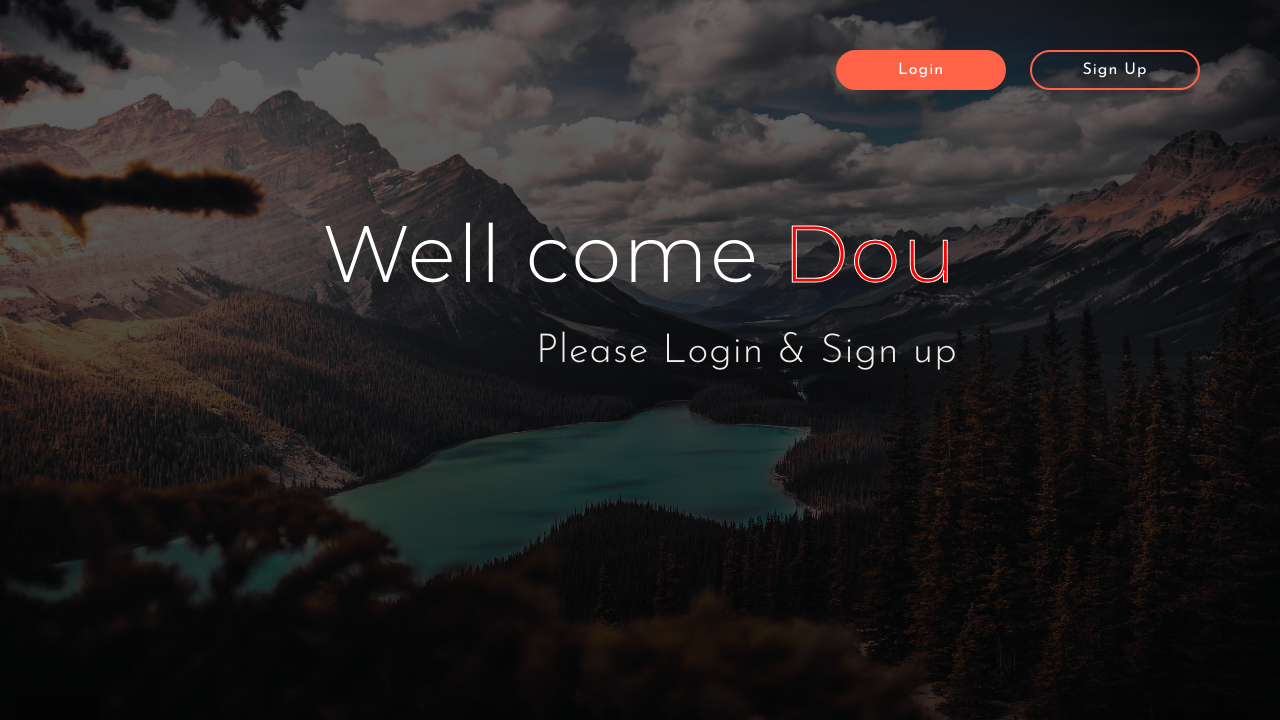
Repository: motamedipour2022/javascript_project
Page: model_form1/index.html
The author's editor kept a copy of each file at every save. The page is drawn from the files as they stood at one save, then again after the next save.
The browser window is 1280 px wide. The pictures show the whole page.
Some web libraries are served in a nearby version.

Above is the page before, as saved 2022-12-20 12:28:00.

### model_form1/index.html
<!DOCTYPE html>
<html lang="en">
  <head>
    <meta charset="UTF-8" />
    <meta name="viewport" content="width=device-width, initial-scale=1.0" />
    <meta http-equiv="X-UA-Compatible" content="ie=edge" />
    <link
      rel="stylesheet"
      href="https://use.fontawesome.com/releases/v5.8.1/css/all.css"
      integrity="sha384-50oBUHEmvpQ+1lW4y57PTFmhCaXp0ML5d60M1M7uH2+nqUivzIebhndOJK28anvf"
      crossorigin="anonymous"
    />
    <link
      href="https://fonts.googleapis.com/css?family=Josefin+Sans:300,400,600|Montserrat:300,400,600"
      rel="stylesheet"
    />
    <link rel="stylesheet" href="style.css" />
    <title>Form</title>
  </head>
  <body>
    <div class="container">
      <div class="banner-text">
        <h1>Well come <span>Dou</span></h1>
        <p>Please Login & Sign up</p>
      </div>
      <div class="btns">
        <button class="btn login-btn">Login</button>
        <button class="btn signup-btn">Sign Up</button>
      </div>
      <div class="form-container">
        <div class="signup-form-wrapper modal">
          <div class="x-btn signup-x">
            &times;
          </div>
          <div class="form-header">
            <h1>CodeAndCreate</h1>
            <h3>Join Us</h3>
          </div>
          <form class="form">
            <div class="input-group">
              <i class="fas fa-user"></i>
              <input type="text" placeholder="Username" />
            </div>
            <div class="input-group">
              <i class="far fa-envelope"></i>
              <input type="email" placeholder="Email" />
            </div>
            <div class="input-group">
              <i class="fas fa-key"></i>
              <input type="password" placeholder="Password" />
            </div>
            <button type="button">Sign Up</button>
          </form>
        </div>
        <div class="login-form-wrapper modal">
          <div class="x-btn login-x">
            &times;
          </div>
          <div class="form-header">
            <h1>CodeAndCreate</h1>
            <h3>Login</h3>
          </div>
          <form class="form">
            <div class="input-group">
              <i class="fas fa-user"></i>
              <input type="text" placeholder="Username" />
            </div>
            <div class="input-group">
              <i class="fas fa-key"></i>
              <input type="password" placeholder="Password" />
            </div>
            <button type="button">Login</button>
          </form>
        </div>
      </div>
    </div>
    <script src="script.js"></script>
  </body>
</html>

### model_form1/style.css
* {
  margin: 0;
  padding: 0;
}

.container {
  width: 100%;
  height: 100vh;
  background: linear-gradient(rgba(0, 0, 0, 0.6), rgba(0, 0, 0, 0.8)),
    url(images/bg.jpg) center no-repeat;
  background-size: cover;
}

.banner-text {
  position: absolute;
  top: 40%;
  left: 50%;
  transform: translate(-50%, -50%);
}

.banner-text h1 {
  color: #fff;
  font-family: "Montserrat", sans-serif;
  font-size: 80px;
  font-weight: 300;
  letter-spacing: 2px;
  margin-bottom: 30px;
}
.banner-text h1 span{
  color: red;
  font-weight: ;
  -webkit-text-stroke: 1px white;
}
.banner-text p {
  color: #eee;
  font-family: "Josefin sans", sans-serif;
  font-size: 40px;
  font-weight: 300;
  letter-spacing: 1px;
  text-align: right;
}

.btns {
  position: absolute;
  top: 50px;
  right: 60px;
}

.btn {
  width: 170px;
  padding: 10px 15px;
  margin-right: 20px;
  border-radius: 50px;
  font-family: "Josefin Sans", sans-serif;
  font-size: 16px;
  letter-spacing: 1px;
  outline: none;
  cursor: pointer;
  color: #fff;
  border: 2px solid tomato;
  transition: transform 0.3s;
}

.login-btn {
  background-color: tomato;
}

.signup-btn {
  background-color: transparent;
}

.btn:hover {
  transform: translateY(-2px);
}

.btn:active {
  transform: translateY(0);
}

.form-container {
  position: fixed;
  background-color: rgba(0, 0, 0, 0.7);
  top: 0;
  right: 0;
  bottom: 0;
  left: 0;
  opacity: 0;
  visibility: hidden;
  transition: all 0.5s;
}

.disable {
  opacity: 1;
  visibility: visible;
}

.modal {
  width: 400px;
  background: linear-gradient(rgba(148, 42, 42, 0.8), rgba(185, 129, 129, 0.6)),
    url(images/bg.jpg) center no-repeat;
  background-size: cover;
  position: absolute;
  top: 50%;
  left: 50%;
  transform: translate(-50%, -50%);
  border-radius: 20px;
  opacity: 0;
  visibility: hidden;
  transition: all 0.5s;
}

.display {
  opacity: 1;
  visibility: visible;
}

.x-btn {
  position: absolute;
  right: 20px;
  font-size: 50px;
  color: #222;
  cursor: pointer;
}

.form-header {
  text-align: center;
  margin: 80px 0 150px 0;
  color: #fff;
}

.form-header h1 {
  font-family: "Josefin Sans", sans-serif;
  font-size: 40px;
  font-weight: 300;
  margin-bottom: 30px;
}

.form-header h3 {
  font-family: "Montserrat", sans-serif;
  font-size: 25px;
  font-weight: 300;
  text-transform: uppercase;
}

.form {
  display: flex;
  flex-direction: column;
  align-items: center;
}

.input-group {
  margin-bottom: 10px;
  position: relative;
}

.input-group input {
  width: 250px;
  padding: 15px 15px 15px 50px;
  border: none;
  outline: none;
  border-radius: 30px;
  background: rgba(0, 0, 0, 0.6);
  font-family: "Josefin Sans", sans-serif;
  font-size: 16px;
  color: #ddd;
}

.input-group i {
  position: absolute;
  top: 13px;
  left: 17px;
  font-size: 18px;
  color: #aaa;
}

.form button {
  width: 310px;
  padding: 12px;
  border: none;
  outline: none;
  border-radius: 30px;
  background-color: #d867d8;
  color: #fff;
  font-family: "Josefin Sans", sans-serif;
  font-size: 16px;
  text-transform: uppercase;
  margin: 10px 0 50px 0;
  box-shadow: 0 5px 20px rgba(0, 0, 0, 0.4);
  cursor: pointer;
  transition: all 0.3s;
}

.form button:hover {
  transform: translateY(-2px);
  box-shadow: 0 8px 25px rgba(0, 0, 0, 0.3);
}
.form button:active {
  transform: translateY(0);
}

### model_form1/script.js
const signupModal = document.querySelector(".signup-form-wrapper");
const loginModal = document.querySelector(".login-form-wrapper");
const signupBtn = document.querySelector(".signup-btn");
const loginBtn = document.querySelector(".login-btn");
const signupX = document.querySelector(".signup-x");
const loginX = document.querySelector(".login-x");
const formContainer = document.querySelector(".form-container");

signupBtn.addEventListener("click", () => {
  signupModal.classList.add("display");
  formContainer.classList.add("disable");
});

loginBtn.addEventListener("click", () => {
  loginModal.classList.add("display");
  formContainer.classList.add("disable");
});

signupX.addEventListener("click", () => {
  signupModal.classList.remove("display");
  formContainer.classList.remove("disable");
});

loginX.addEventListener("click", () => {
  loginModal.classList.remove("display");
  formContainer.classList.remove("disable");
});

After the next save:
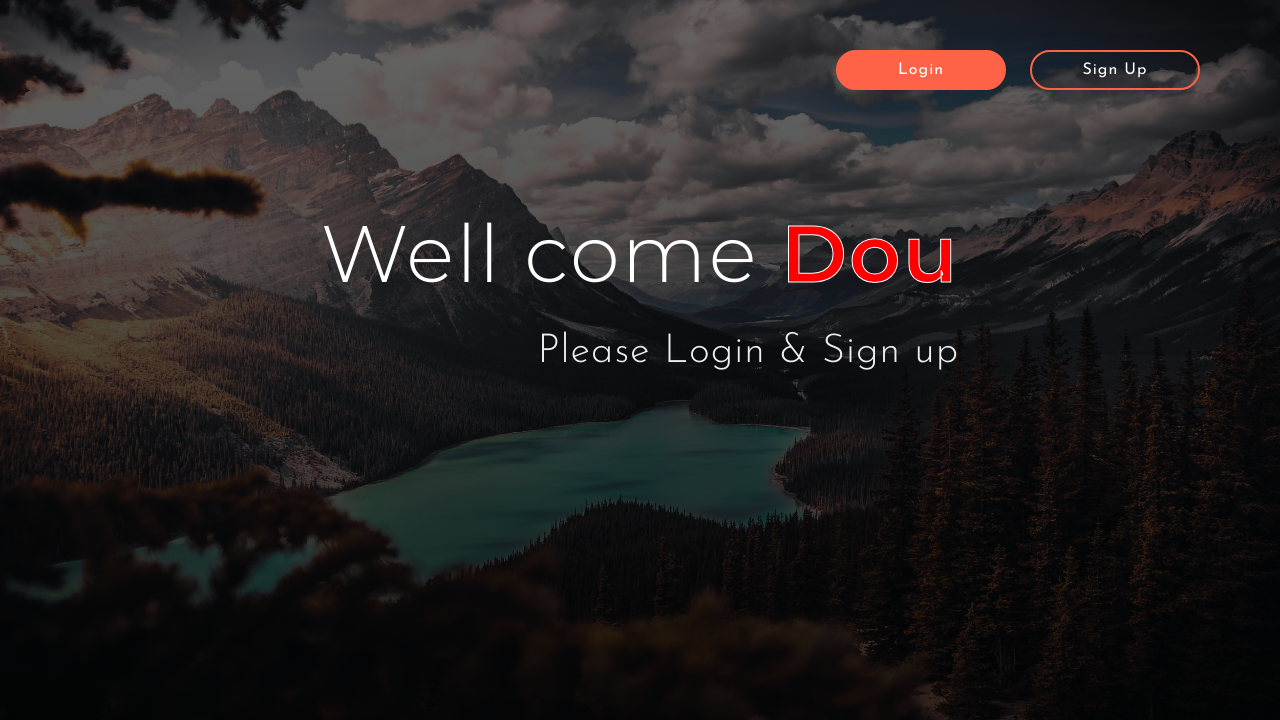
Saved 4 s later.
--- a/model_form1/style.css
+++ b/model_form1/style.css
@@ -28,7 +28,7 @@
 }
 .banner-text h1 span{
   color: red;
-  font-weight: ;
+  font-weight: 800;
   -webkit-text-stroke: 1px white;
 }
 .banner-text p {
